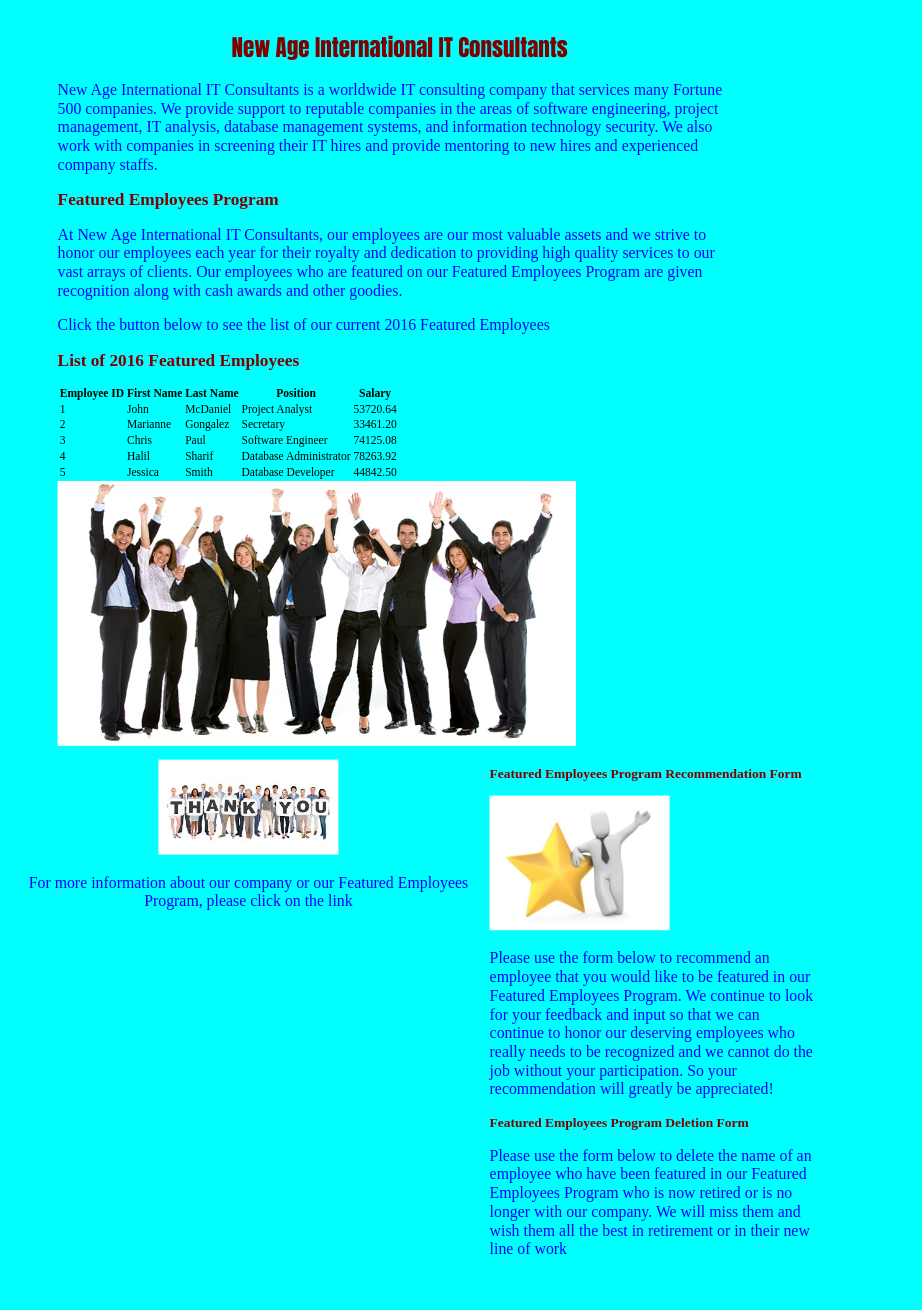
Repository: myjavaweb2/Week5JDBCAssignments
Page: myweek4project/src/main/webapp/employee.html
The author's editor kept a copy of each file at every save. The page is drawn from the files as they stood at one save, then again after the next save.
The browser window is 1280 px wide. The pictures show the whole page, at 72% of full size.

Above is the page before, as saved 2016-08-30 18:39:42.

After the next save:
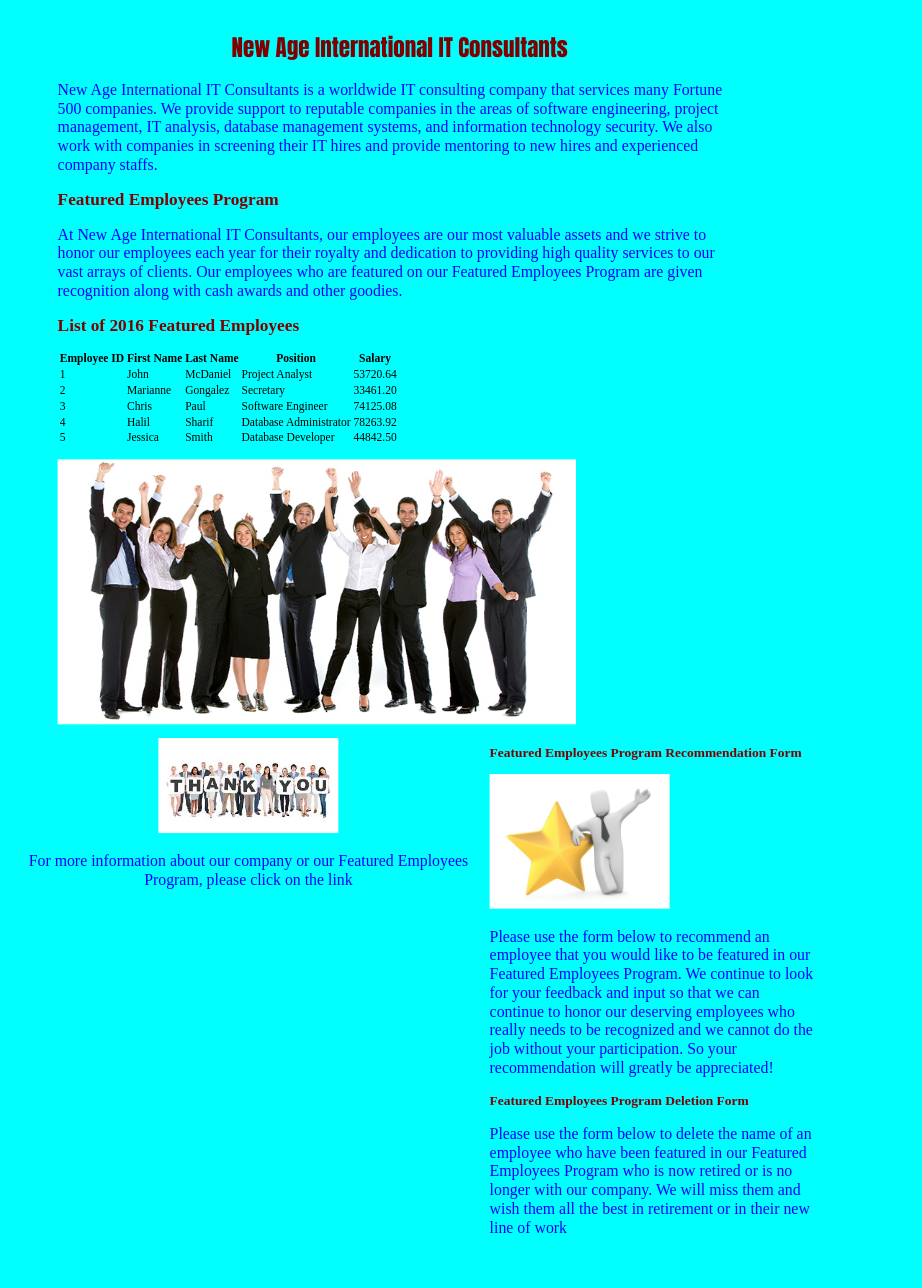
Saved 73 s later.
--- a/myweek4project/src/main/webapp/employee.html
+++ b/myweek4project/src/main/webapp/employee.html
@@ -23,11 +23,6 @@ assets and we strive to honor our employees each year for their royalty and
 dedication to providing high quality services to our vast arrays of clients.
 Our employees who are featured on our Featured Employees Program are given
 recognition along with cash awards and other goodies.</p>
-
-
-
-
-<p>Click the button below to see the list of our current 2016 Featured Employees</p>
 
 <h2>List of 2016 Featured Employees</h2>
 
@@ -75,7 +70,7 @@ recognition along with cash awards and other goodies.</p>
     <td>44842.50</td>
   </tr>
 </table>
-
+<br>
 <img alt="2016 Featured Employees" src="images/employees.jpg">
 
 </main>
